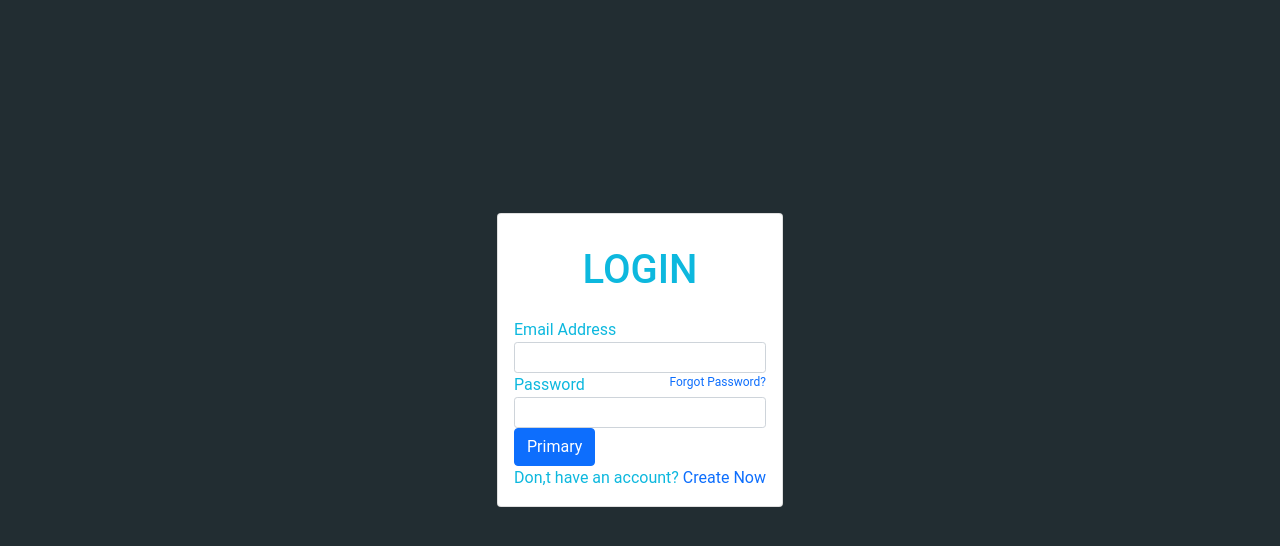
Repository: zjria/Bootstrap_logIn_1
Page: LoginPage/index.html
The author's editor kept a copy of each file at every save. The page is drawn from the files as they stood at one save, then again after the next save.
The browser window is 1280 px wide. The pictures show the whole page.

Above is the page before, as saved 2022-06-14 11:30:17.

After the next save:
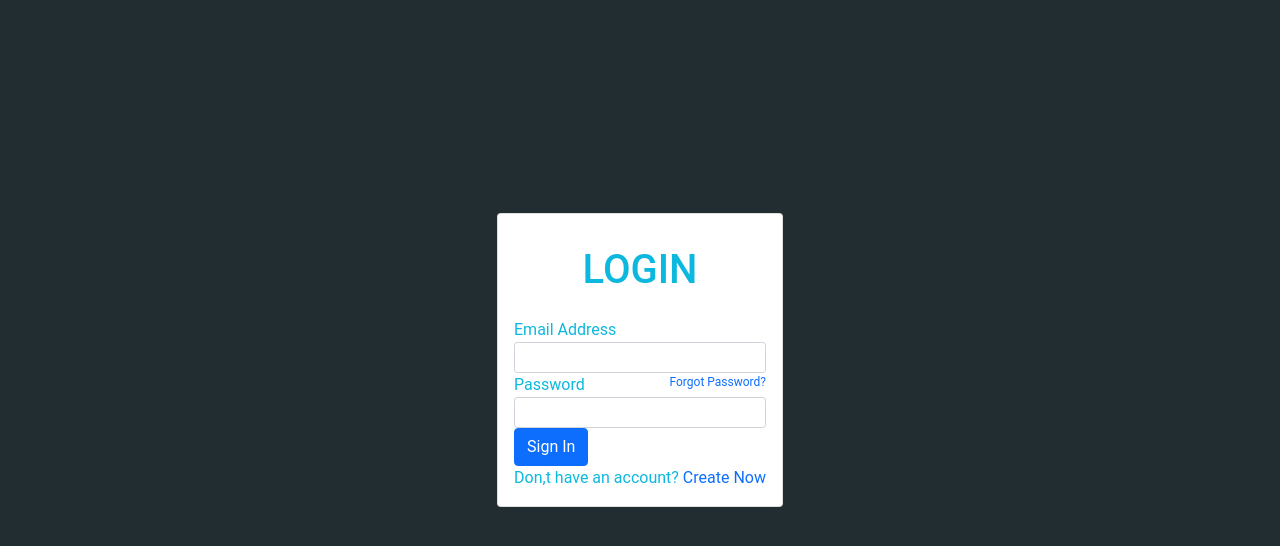
Saved 25 s later.
--- a/LoginPage/index.html
+++ b/LoginPage/index.html
@@ -33,11 +33,14 @@
                             <a href="#" style="float: right; font-size: 12px;" class="text-decoration-none">Forgot Password?</a>
 
                             <input type="password" class="form-control form-control-sm" id="exampleInputPassword1">
+
+                            <button type="submit" class="btn btn-primary btn-block">Sign In</button>
+
+
                         </div>
 
-                        <button type="submit" class="btn btn-primary btn-block">Primary</button>
 
-                        <!-- <button type="submit" class="btn btn-primary ">Sign In</button> -->
+
 
                         <div class="singUp">Don,t have an account? <a href="#" class="text-decoration-none">Create Now</a></div>
                     </form>
